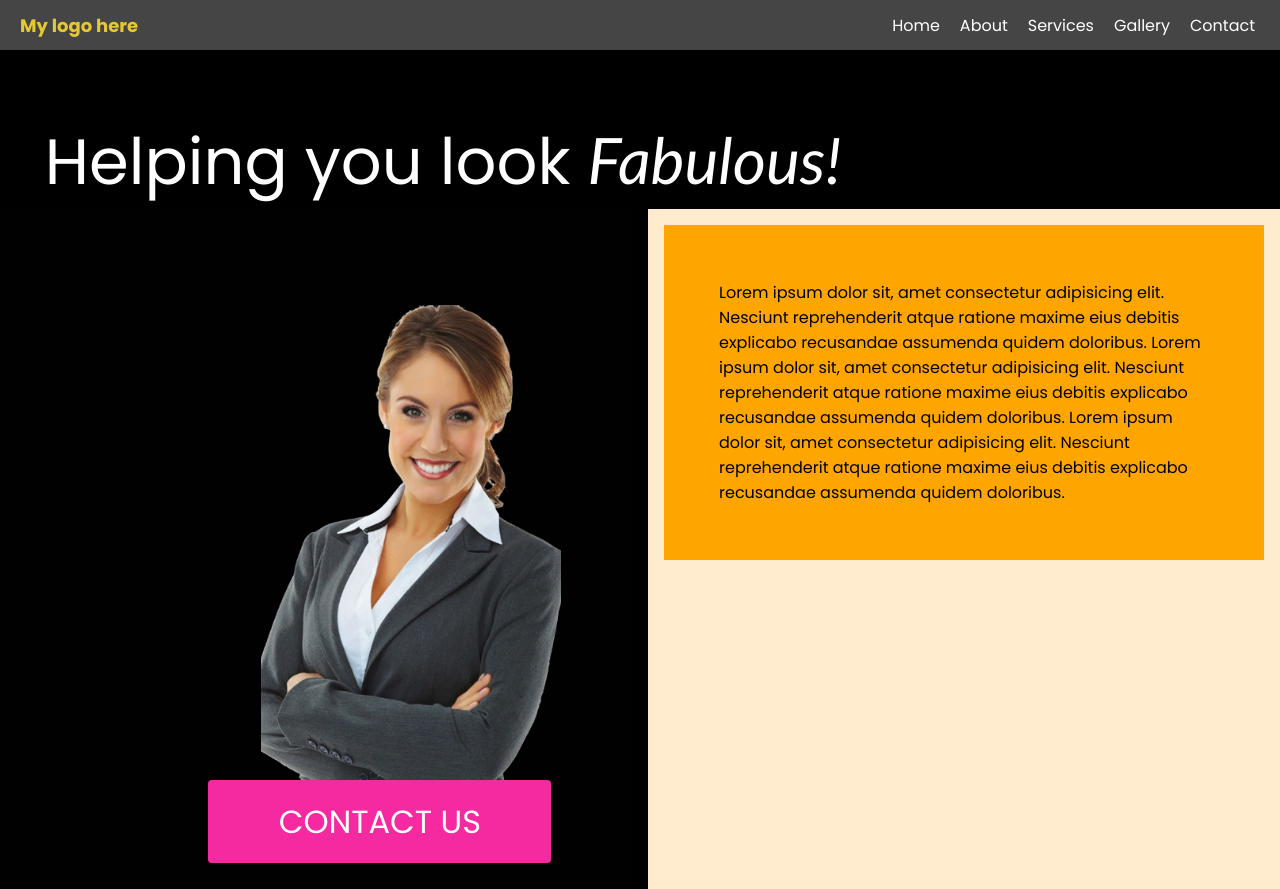
Repository: buzzedison/gardens
Page: index.html
The author's editor kept a copy of each file at every save. The page is drawn from the files as they stood at one save, then again after the next save.
The browser window is 1280 px wide. The pictures show the whole page.

Above is the page before, as saved 2022-01-12 19:52:21.

After the next save:
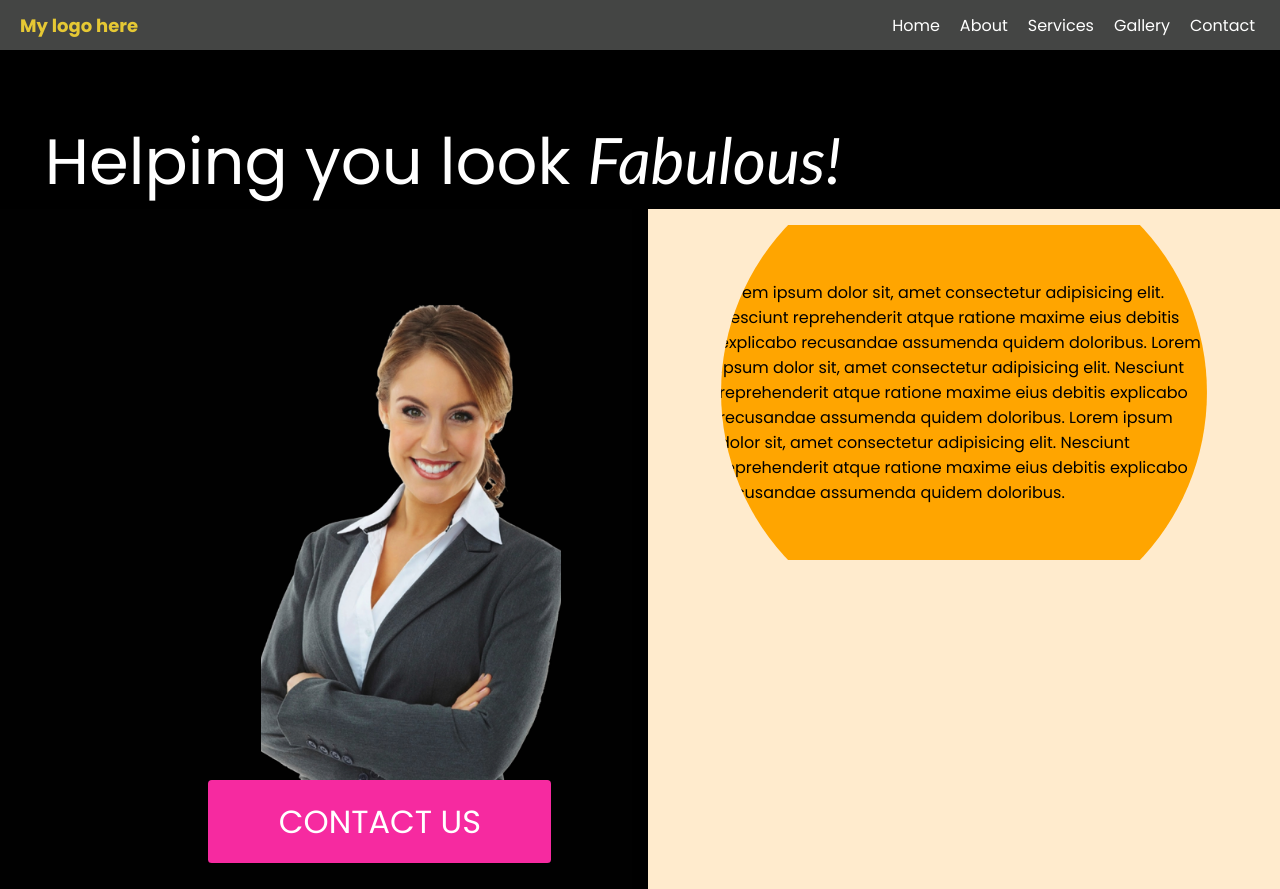
Saved 30 s later.
--- a/css/styles.css
+++ b/css/styles.css
@@ -204,7 +204,7 @@
 
 
   .inside {
-    shape-inside: circle(50% at 50% 50%);
+    clip-path: circle(50% at 50% 50%);
     shape-padding: 20px;
     transition: all 2s ease;
     -webkit-clip-path: circle(50% auto);

After the 2 saves that followed:
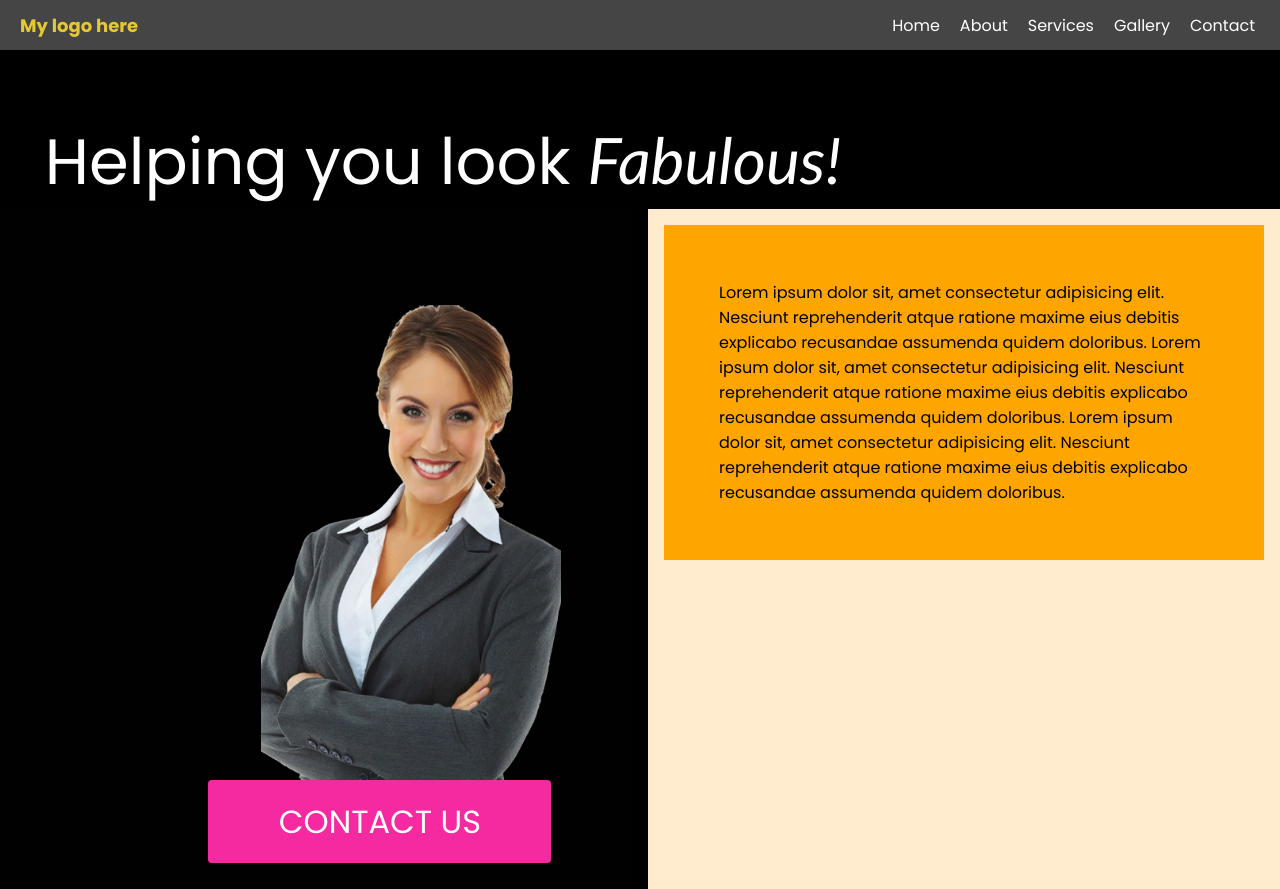
The 2 saves are shown as one change because they came seconds apart.
The last was saved 15 s later.
--- a/css/styles.css
+++ b/css/styles.css
@@ -204,7 +204,7 @@
 
 
   .inside {
-    clip-path: circle(50% at 50% 50%);
+    clip-path: circle(100% at 50% 50%);
     shape-padding: 20px;
     transition: all 2s ease;
     -webkit-clip-path: circle(50% auto);
